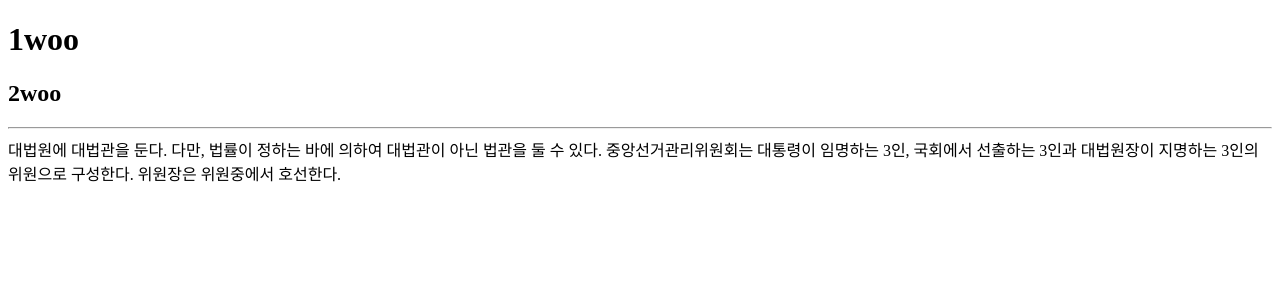
Repository: hyungju2/SSAFY_JavaPractice
Page: 20190211_HTML/web_java/HTMLProject/WebContent/html/First.html
The author's editor kept a copy of each file at every save. The page is drawn from the files as they stood at one save, then again after the next save.
The browser window is 1280 px wide. The pictures show the whole page.

Above is the page before, as saved 2019-02-11 02:53:38.

### 20190211_HTML/web_java/HTMLProject/WebContent/html/First.html
<!DOCTYPE html>
<html>
	<head>
		<meta charset="UTF-8">
		<title>My page Title</title>
	</head>

	<body>
	<!-- hn: heading tag. 제목달기 -->
		<h1>1woo</h1>
		<h2>2woo</h2>
		<hr>
		대법원에 대법관을 둔다. 다만, 법률이 정하는 바에 의하여 대법관이 아닌 법관을 둘 수 있다. 중앙선거관리위원회는 대통령이 임명하는 3인, 국회에서 선출하는 3인과 대법원장이 지명하는 3인의 위원으로 구성한다. 위원장은 위원중에서 호선한다.

	</body>
</html>

After the next save:
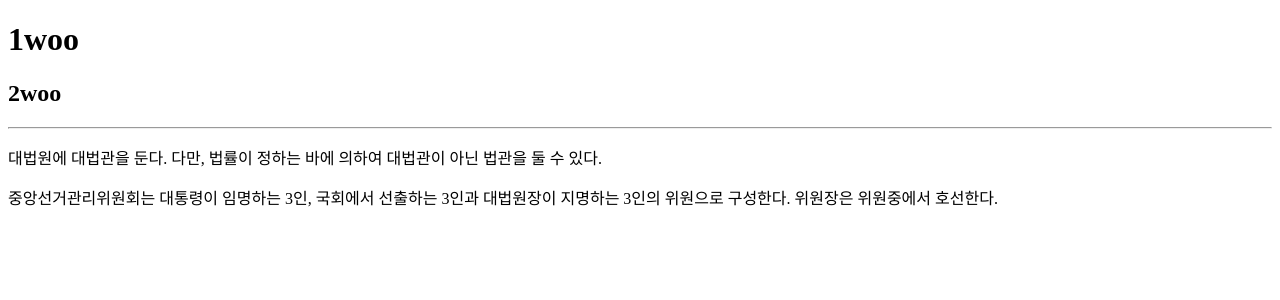
Saved 68 s later.
--- a/20190211_HTML/web_java/HTMLProject/WebContent/html/First.html
+++ b/20190211_HTML/web_java/HTMLProject/WebContent/html/First.html
@@ -9,8 +9,9 @@
 	<!-- hn: heading tag. 제목달기 -->
 		<h1>1woo</h1>
 		<h2>2woo</h2>
-		<hr>
-		대법원에 대법관을 둔다. 다만, 법률이 정하는 바에 의하여 대법관이 아닌 법관을 둘 수 있다. 중앙선거관리위원회는 대통령이 임명하는 3인, 국회에서 선출하는 3인과 대법원장이 지명하는 3인의 위원으로 구성한다. 위원장은 위원중에서 호선한다.
+		<hr> <!-- 가로 줄 긋기 , 줄 바꿈-->
+		<p>대법원에 대법관을 둔다. 다만, 법률이 정하는 바에 의하여 대법관이 아닌 법관을 둘 수 있다.
+		<p>중앙선거관리위원회는 대통령이 임명하는 3인, 국회에서 선출하는 3인과 대법원장이 지명하는 3인의 위원으로 구성한다. 위원장은 위원중에서 호선한다.
 
 	</body>
 </html>
